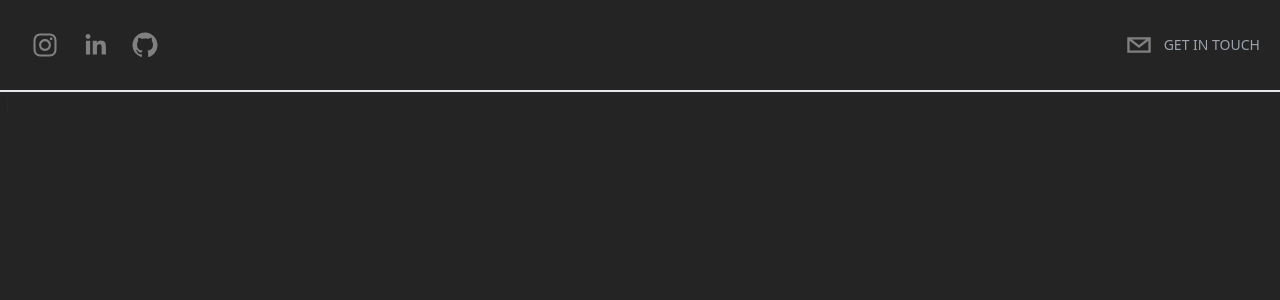
Repository: husainmamuwala/portfolio2.0
Page: /
The author's editor kept a copy of each file at every save. The page is drawn from the files as they stood at one save, then again after a run of saves.
The browser window is 1280 px wide. The pictures show the whole page.
The project was rebuilt for these pictures with package versions that can differ from the ones it lists, and the page was loaded fresh each time. The framework's server and built-in components were replaced by stand-ins that run in the browser. Also part of the build but not shown: next.config.js.

Above is the page before, as saved 2022-09-17 18:28:28.

### pages/index.tsx
import type { NextPage } from 'next'
import Head from 'next/head'
import Image from 'next/image'
import Header from '../components/Header'
import Hero from '../components/Hero'
import styles from '../styles/Home.module.css'

const Home: NextPage = () => {
  return (
    <div className='bg-[rgb(36,36,36)] text-white h-screen'>
      <Header/>
      <section id='hero'>
      <Hero/>
      </section>
    </div>

  )
}

export default Home

### components/Header.tsx
import React from 'react'
import { SocialIcon } from 'react-social-icons';
import {motion} from 'framer-motion'

type Props = {}

export default function Header({}: Props) {
  return (
    <header className='sticky top-0 p-5 flex items-start max-w-7xl justify-between mx-auto z-20
    xl:items-center'>

        <motion.div
        initial={{
            x:-500,
            opacity:0,
            scale:0.5
        }}
        animate={{
            x:0,
            opacity:1,
            scale:1
        }}
        transition={{
            duration:1.5
        }}
        className='flex flex-row items-center'>
            <SocialIcon
            url='https://www.instagram.com/husain_mamuwala'
            fgColor='gray'
            bgColor='transparent'/>
             <SocialIcon
            url='https://www.linkedin.com/husain_mamuwala'
            fgColor='gray'
            bgColor='transparent'/>
             <SocialIcon
            url='https://www.github.com/husain_mamuwala'
            fgColor='gray'
            bgColor='transparent'/>
        </motion.div>

        <motion.div
        initial={{
            x:500,
            opacity:0,
            scale:1.5
        }}
        animate={{x:0,opacity:1,scale:1}}
        transition={{duration:1.5}}
        className="flex felx-row items-center text-gray-400">
            <SocialIcon
            className='cursor-pointer'
            network='email'
            fgColor='gray'
            bgColor='transparent'/>

            <p className=' uppercase hidden md:inline-flex text-sm text-gray-400'>
                Get In Touch
            </p>
        </motion.div>
    </header>

  )
}

### components/Hero.tsx
import React from 'react'
import {useTypewriter,Cursor} from 'react-simple-typewriter';
import BackgroundCircles from './BackgroundCircles';

type Props = {}

export default function Hero({}: Props) {
    const {text,count} = useTypewriter({
        words:["Hi , My Name is Husain","Guy-who-loves-cycling.tsx","<Student/>"],
        loop:true,
        delaySpeed: 2000,
    });
  return (
    <div>
        <BackgroundCircles/>
        <h1>
            <span>{text}</span>
            <Cursor />
        </h1>

    </div>
  );
}

### components/BackgroundCircles.tsx
import React from 'react'

type Props = {}

function BackgroundCircles({}: Props) {
  return (
    <div>
        <div className='border'/>
        <div/>
        <div/>
        <div/>
        <div/>
    </div>
  )
}

export default BackgroundCircles

Loaded but not shown: pages/_app.tsx (common file); styles/globals.css (common file); tailwind.config.js (common file)

After the next 2 saves:
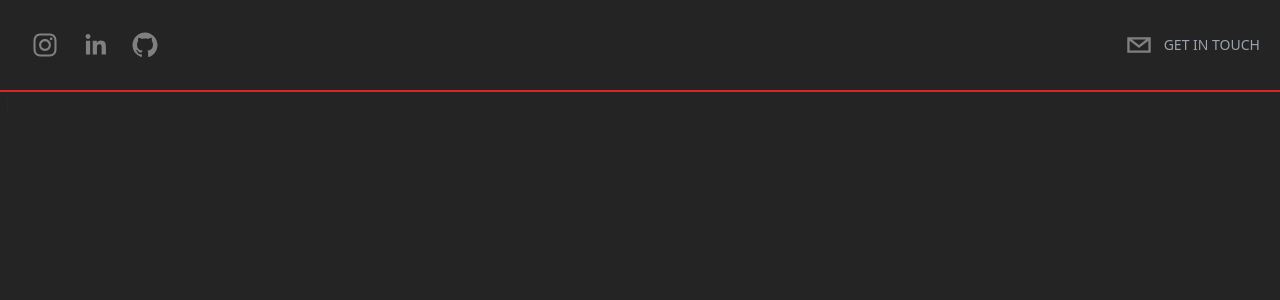
The 2 saves are shown as one change because they came seconds apart.
The last was saved 11 s later.
--- a/components/BackgroundCircles.tsx
+++ b/components/BackgroundCircles.tsx
@@ -5,7 +5,7 @@ type Props = {}
 function BackgroundCircles({}: Props) {
   return (
     <div>
-        <div className='border'/>
+        <div className='border border-red-600'/>
         <div/>
         <div/>
         <div/>
